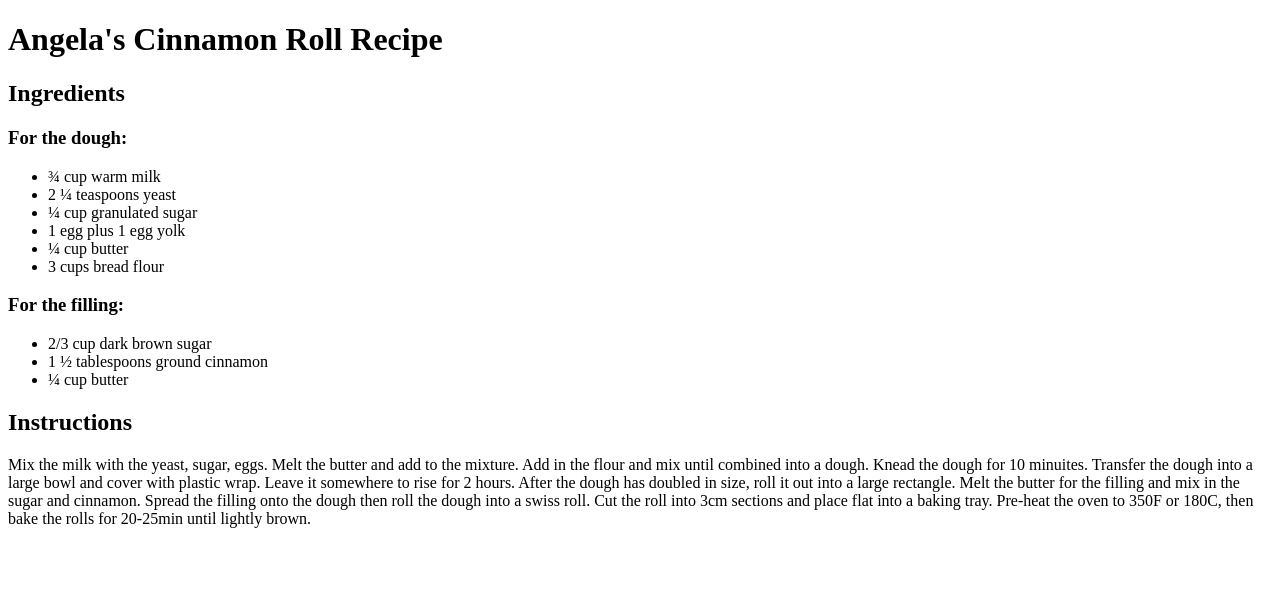
Repository: arzeee/Web_Course
Page: 3.0+List+Elements/3.0 List Elements/index.html
These files come from the project's save history. The page is drawn as it stood at one moment and after a run of saves; the edit follows.
The browser window is 1280 px wide. The pictures show the whole page.

Above is the page before, as saved 2024-12-01 17:53:08.

After the next 2 saves:
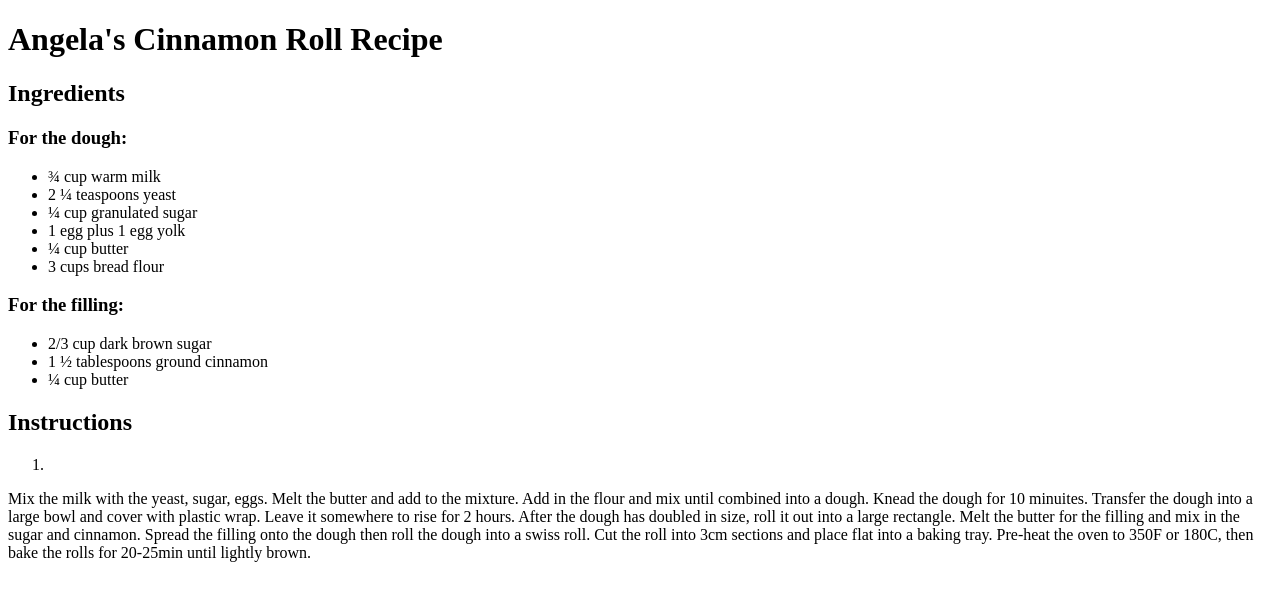
The 2 saves are shown as one change because they came seconds apart.
The last was saved 6 s later.
--- a/3.0+List+Elements/3.0 List Elements/index.html
+++ b/3.0+List+Elements/3.0 List Elements/index.html
@@ -28,6 +28,9 @@
     </ul>
 
     <h2>Instructions</h2>
+    <ol>
+        <li></li>
+    </ol>
 </body>
 </html>
 
